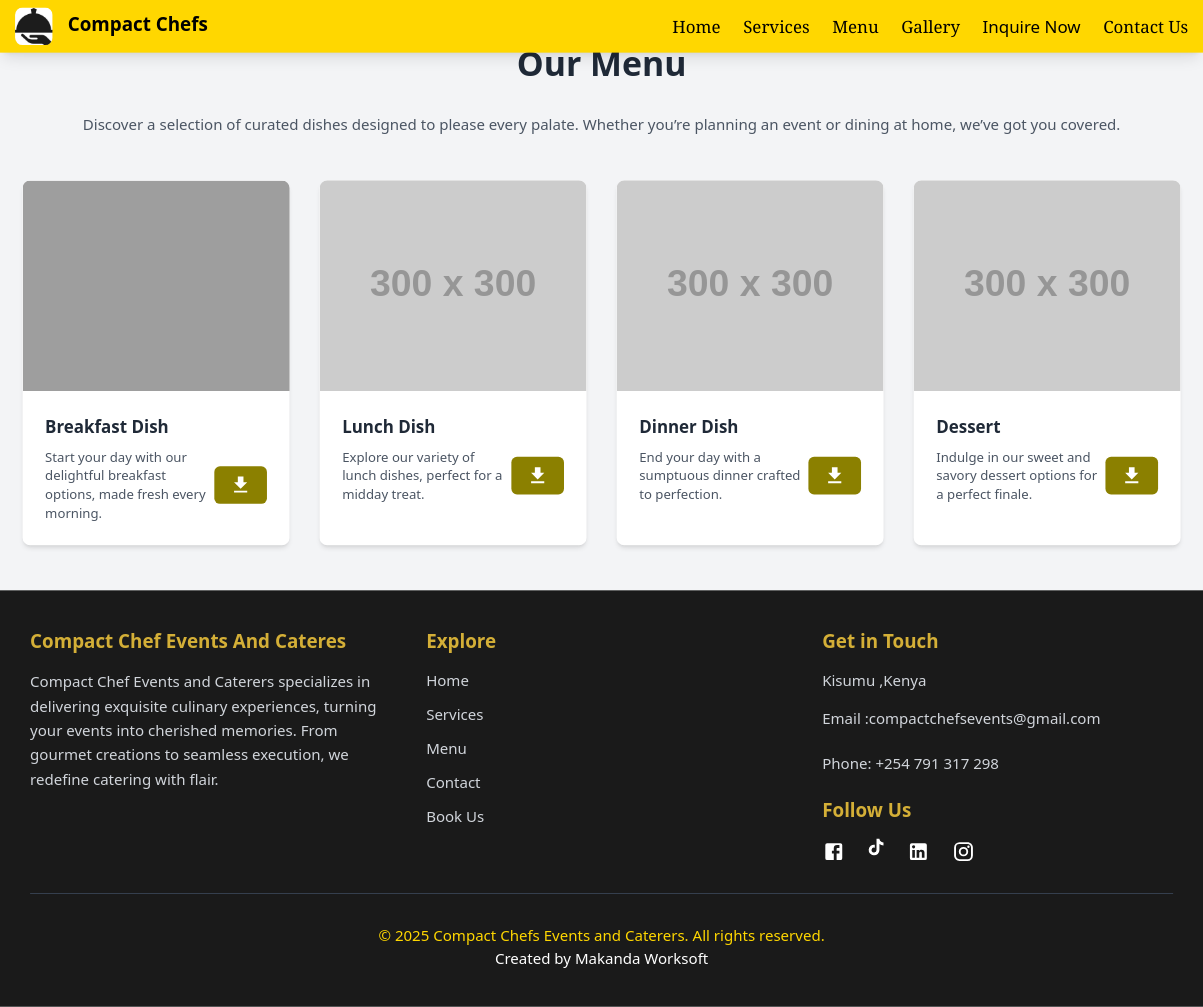
Repository: makanda596/compactchef
Page: /menu
The author's editor kept a copy of each file at every save. The page is drawn from the files as they stood at one save, then again after the next save.
The browser window is 1280 px wide. The pictures show the whole page, at 94% of full size.
Pictures or frames that could not be fetched are drawn as grey boxes. The project was rebuilt for these pictures with package versions that can differ from the ones it lists, and the page was loaded fresh each time. Also part of the build but not shown: src/components/Hero.jsx, src/components/Client.jsx, src/components/Reviews.jsx, src/components/About.jsx, src/pages/Home.jsx, src/pages/Services.jsx, src/pages/Contact.jsx, src/pages/Book.jsx and 2 more.

Above is the page before, as saved 2025-01-22 09:22:18.

### public/index.html
<!DOCTYPE html>
<html lang="en">
  <head>
    <meta charset="utf-8" />
    <link rel="icon" href="./logo.jpg" />
    <meta name="viewport" content="width=device-width, initial-scale=1" />

    <link rel="apple-touch-icon" href="./logo.jpg" />


    <title>CompactChefs Events</title>
  </head>
  <body>
    <div id="root"></div>
  </body>
</html>

### src/App.js
// src/App.jsx
import React from 'react';
import { BrowserRouter as Router, Routes, Route } from 'react-router-dom';
import Home from './pages/Home.jsx';
import Services from './pages/Services.jsx';
import Menu from './pages/Menu.jsx';
import Contact from './pages/Contact.jsx';
import Book from './pages/Book.jsx';
import Gallery from './pages/Gallery.jsx'; // Import the Gallery page
import Navbar from './components/Navbar.jsx';
import Footer from './components/Footer.jsx';
import Routee from './pages/Routee.jsx';

function App() {
  return (
    <>
      <Navbar />
      <Router>
        <Routes>
          <Route path="/" element={<Home />} />
          <Route path="/services" element={<Services />} />
          <Route path="/menu" element={<Menu />} />
          <Route path="/contact" element={<Contact />} />
          <Route path="/book" element={<Book />} />
          <Route path="/gallery" element={<Gallery />} /> {/* Add the gallery route */}
          <Route path="" element={<Routee />} />
        </Routes>
      </Router>
      <Footer />
    </>
  );
}

export default App;

### src/pages/Menu.jsx
import React from 'react';
import DownloadIcon from '@mui/icons-material/Download';

function Menu() {
    const menuItems = [
        {
            title: "Breakfast Dish",
            image: "https://res.cloudinary.com/db5pgr14l/image/upload/v1736313944/ugenya_syoeky.jpg",
            description: "Start your day with our delightful breakfast options, made fresh every morning.",
            downloadLink: "https://res.cloudinary.com/db5pgr14l/raw/upload/v1736311737/ugenya_menu_eanlxs.docx",
            viewLink: "https://res.cloudinary.com/db5pgr14l/raw/upload/v1736311737/ugenya_menu_eanlxs.docx",
        },
        {
            title: "Lunch Dish",
            image: "https://via.placeholder.com/300",
            description: "Explore our variety of lunch dishes, perfect for a midday treat.",
            downloadLink: "https://res.cloudinary.com/db5pgr14l/raw/upload/v1736311737/ugenya_menu_eanlxs.docx",
        },
        {
            title: "Dinner Dish",
            image: "https://via.placeholder.com/300",
            description: "End your day with a sumptuous dinner crafted to perfection.",
            downloadLink: "https://res.cloudinary.com/db5pgr14l/raw/upload/v1736311737/ugenya_menu_eanlxs.docx",
        },
        {
            title: "Dessert",
            image: "https://via.placeholder.com/300",
            description: "Indulge in our sweet and savory dessert options for a perfect finale.",
            downloadLink: "https://res.cloudinary.com/db5pgr14l/raw/upload/v1736311737/ugenya_menu_eanlxs.docx",
        },
    ];

    return (
        <div className="bg-gray-100 py-12">
            <div className="max-w-7xl mx-auto px-6">
                <h2 className="text-4xl font-extrabold text-center text-gray-800 mb-8">Our Menu</h2>
                <p className="text-center text-gray-600 mb-12">
                    Discover a selection of curated dishes designed to please every palate.
                    Whether you’re planning an event or dining at home, we’ve got you covered.
                </p>
                <div className="grid grid-cols-1 sm:grid-cols-2 lg:grid-cols-4 gap-8">
                    {menuItems.map((item, index) => (
                        <div
                            key={index}
                            className="bg-white rounded-lg shadow-md overflow-hidden transform transition-all duration-300 hover:scale-105 hover:shadow-lg"
                        >
                            <div className="relative">
                                <img
                                    src={item.image}
                                    alt={item.title}
                                    className="w-full h-56 object-cover"
                                />
                                <div className="absolute inset-0 bg-gradient-to-t from-black via-transparent to-transparent opacity-0 hover:opacity-100 transition-opacity duration-300 flex items-end justify-center text-white">
                                    <h3 className="text-lg font-semibold mb-4">{item.title}</h3>
                                </div>
                            </div>
                            <div className="p-6">
                                <h3 className="text-lg font-bold text-gray-800 mb-2">{item.title}</h3>
                                <div className="flex items-center justify-between">
                                    <p className="text-sm text-gray-600 mb-0">{item.description}</p>
                                    <a
                                        href={item.downloadLink}
                                        download
                                        className="bg-[#8b8000] text-white py-2 px-4 rounded-md text-sm hover:bg-[#a08d00] transition"
                                    >
                                        <DownloadIcon />
                                    </a>
                                </div>

                            </div>
                        </div>
                    ))}
                </div>
            </div>
        </div >
    );
}

export default Menu;

### src/components/Navbar.jsx
import React, { useState } from "react";
import logo from '../assets/logo.jpg'
const Navbar = () => {
    const [isOpen, setIsOpen] = useState(false);

    return (
        <nav className="bg-gold shadow-lg fixed top-0 z-50 w-full">
            <div className="container mx-auto px-4 flex justify-between items-center h-12 md:h-14">

                <div className="text-black font-bold text-xl flex space-x-4">
                    <img src={logo} alt="" className="w-10 rounded-lg object-cover" />
                    <p className="py-1">Compact Chefs</p></div>

                <div className="lg:hidden">
                    <button
                        onClick={() => setIsOpen(!isOpen)}
                        className="text-black focus:outline-none"
                    >
                        <svg
                            className="w-6 h-6"
                            xmlns="http://www.w3.org/2000/svg"
                            fill="none"
                            viewBox="0 0 24 24"
                            stroke="currentColor"
                        >
                            {isOpen ? (
                                <path
                                    strokeLinecap="round"
                                    strokeLinejoin="round"
                                    strokeWidth="2"
                                    d="M6 18L18 6M6 6l12 12"
                                />
                            ) : (
                                <path
                                    strokeLinecap="round"
                                    strokeLinejoin="round"
                                    strokeWidth="2"
                                    d="M4 6h16M4 12h16M4 18h16"
                                />
                            )}
                        </svg>
                    </button>
                </div>

                {/* Links for Desktop */}
                <div className="hidden lg:flex   space-x-6 text-lg ">
                    <a href="/" className=" text-black font-serif hover:text-white">
                        Home
                    </a>
                    <a href="services" className="text-black font-serif hover:text-white">
                        Services
                    </a>
                    <a href="menu" className="text-black font-serif hover:text-white">
                        Menu
                    </a>

                    <a href="gallery" className="text-black font-serif hover:text-white">
                        Gallery
                    </a>
                    <a href="book" className="text-black font-serife hover:text-white" target="_blank" >
                        Inquire Now
                    </a>
                    <a href="contact" className="text-black font-serif hover:text-white">
                        Contact Us
                    </a>

                </div>
            </div>

            {/* Mobile Menu */}
            {
                isOpen && (
                    <div className="lg:hidden bg-black">
                        <a
                            href="/"
                            className="block py-2 px-4 text-white hover:bg-gold"
                        >
                            Home
                        </a>
                        <a
                            href="services"
                            className="block py-2 px-4 text-white hover:bg-gold"
                        >
                            Services
                        </a>
                        <a
                            href="menu"
                            className="block py-2 px-4 text-white hover:bg-gold"
                        >
                            Menu
                        </a>
                        <a href="gallery" className="block py-2 px-4 text-white hover:bg-gold">
                            Gallery
                        </a>
                        <a
                            href="book" target="_blank"
                            className="block py-2 px-4 text-white hover:bg-gold"
                        >
                            Inquire Now
                        </a>
                        <a
                            href="contact"
                            className="block py-2 px-4 text-white hover:bg-gold"
                        >
                            Contact
                        </a>

                    </div>
                )
            }
        </nav >
    );
};

export default Navbar;

### src/components/Footer.jsx
import React from 'react';
import FacebookIcon from '@mui/icons-material/Facebook';
import { FaTiktok } from "react-icons/fa";
import LinkedInIcon from '@mui/icons-material/LinkedIn';
import InstagramIcon from '@mui/icons-material/Instagram';
const Footer = () => {
    return (
        <footer className="bg-[#1a1a1a] text-white py-10">
            <div className="max-w-7xl mx-auto px-6 sm:px-8">
                <div className="grid grid-cols-1 md:grid-cols-3 gap-12">
                    <div>
                        <h3 className="text-xl font-bold text-[#d4af37] mb-4">Compact Chef Events And Cateres</h3>
                        <p className="text-md text-gray-300 leading-relaxed">
                            Compact Chef Events and Caterers specializes in delivering exquisite culinary experiences, turning your events into cherished memories. From gourmet creations to seamless execution, we redefine catering with flair.
                        </p>
                    </div>

                    <div>
                        <h3 className="text-xl font-bold text-[#d4af37] mb-4">Explore</h3>
                        <ul className="text-md text-gray-300 space-y-3">
                            <li>
                                <a href="/src" className="hover:text-[#d4af37] transition-colors">Home</a>
                            </li>
                            <li>
                                <a href="/services" className="hover:text-[#d4af37] transition-colors">Services</a>
                            </li>
                            <li>
                                <a href="/menu" className="hover:text-[#d4af37] transition-colors">Menu</a>
                            </li>
                            <li>
                                <a href="/contact" className="hover:text-[#d4af37] transition-colors">Contact</a>
                            </li>
                            <li>
                                <a href="/book" className="hover:text-[#d4af37] transition-colors">Book Us</a>
                            </li>
                        </ul>
                    </div>

                    <div>
                        <h3 className="text-xl font-bold text-[#d4af37] mb-4">Get in Touch</h3>
                        <ul className="text-md text-gray-300 space-y-4 flex-row">
                            <li>Kisumu ,Kenya</li>
                            <li>  <a href="mailto:compactchefsevents@gmail.com" target="_blank"
                                rel="noopener noreferrer" className='py-1 hover:text-gold'>Email :compactchefsevents@gmail.com</a> </li> <br />
                            <a href="tel:+254791317298" target="_blank"
                                rel="noopener noreferrer" className='py-1 hover:text-gold'>Phone: +254 791 317 298</a>
                        </ul>
                        <div className="pt-2 md:pt-6">
                            <h2 className="text-xl font-bold mb-4 text-[#d4af37]">Follow Us</h2>
                            <div className="flex space-x-6 justify-start">
                                <a
                                    href="https://www.facebook.com/profile.php?id=100088582093332e"
                                    target="_blank"
                                    rel="noopener noreferrer"
                                    className="hover:text-blue-400 transition-colors"
                                >
                                    <FacebookIcon fontSize="medium" />
                                </a>
                                <a
                                    href="https://www.tiktok.com/@emojongvictor?is_from_webapp=1&sender_device=pc"
                                    target="_blank"
                                    rel="noopener noreferrer"
                                    className="hover:text-blue-400 transition-color"
                                >
                                    <FaTiktok fontSize="large" />
                                </a>
                                <a
                                    href=""
                                    className="hover:text-blue-400 transition-colors"
                                >
                                    <LinkedInIcon fontSize="medium" />
                                </a>
                                <a
                                    href="https://www.instagram.com/yourhandle"
                                    target="_blank"
                                    rel="noopener noreferrer"
                                    className="hover:text-blue-400 transition-colors"
                                >
                                    <InstagramIcon fontSize="medium" />
                                </a>
                            </div>



                        </div>
                    </div>
                </div>


                <div className="border-t border-gray-700 my-8"></div>

                <div className="text-center space-y-2 text-md">

                    <p className=" text-gold">
                        &copy; {new Date().getFullYear()} Compact Chefs Events and Caterers. All rights reserved.
                    </p>
                    Created by <a href="https://wa.me/+254742149060" target="_blank" rel="noopener noreferrer" className='hover:text-blue-500'> Makanda Worksoft</a>

                </div>
            </div>
        </footer >
    );
};

export default Footer;

### tailwind.config.js
/** @type {import('tailwindcss').Config} */
module.exports = {
  content: [
    "./src/**/*.{js,jsx,ts,tsx}",
  ],
  theme: {
    extend: {
      animation: {
        'slide': 'slide 10s linear infinite',
      },
      colors: {
        gold: '#FFD700', // Gold color
      },
      keyframes: {
        slide: {
          '0%': { transform: 'translateX(100%)' },
          '100%': { transform: 'translateX(-100%)' },
        },
      },
    },
  },
  plugins: [],


}

Loaded but not shown: src/index.js (common file); src/index.css (common file); src/reportWebVitals.js (common file)

After the next save:
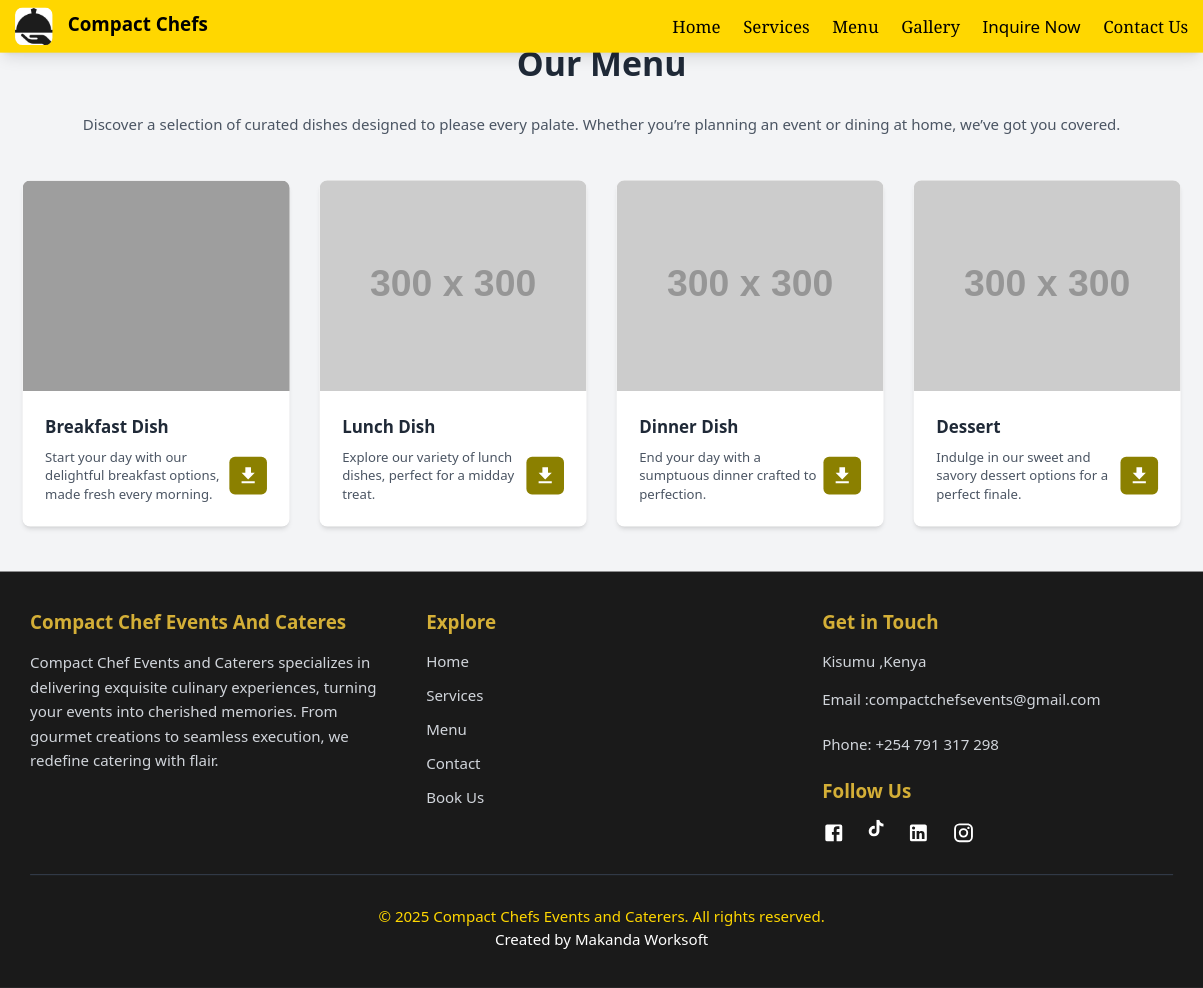
Saved 29 s later.
--- a/src/pages/Menu.jsx
+++ b/src/pages/Menu.jsx
@@ -61,7 +61,7 @@ function Menu() {
                                     <a
                                         href={item.downloadLink}
                                         download
-                                        className="bg-[#8b8000] text-white py-2 px-4 rounded-md text-sm hover:bg-[#a08d00] transition"
+                                        className="bg-[#8b8000] text-white py-2 px-2 rounded-md text-sm hover:bg-[#a08d00] transition"
                                     >
                                         <DownloadIcon />
                                     </a>
